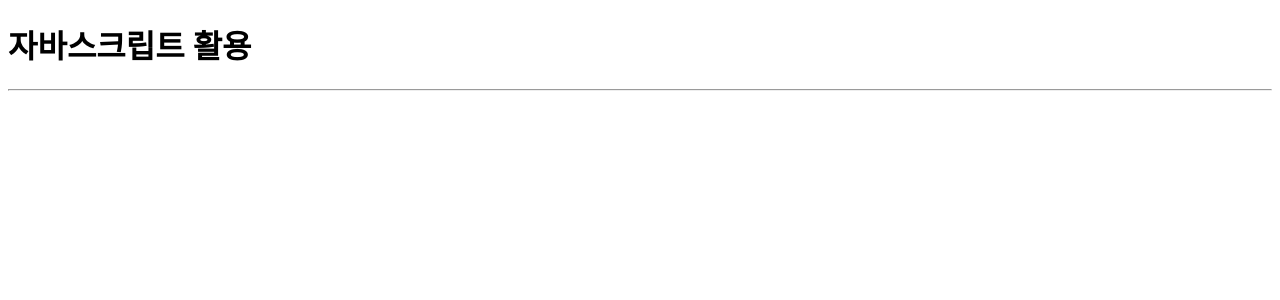
Repository: lolsoyeon/WebStudy
Page: WebApp03/WebContent/Test021.html
These files come from the project's save history. The page is drawn as it stood at one moment and after the next save; the edit follows.
The browser window is 1280 px wide. The pictures show the whole page.

Above is the page before, as saved 2022-09-30 06:33:46.

After the next save:
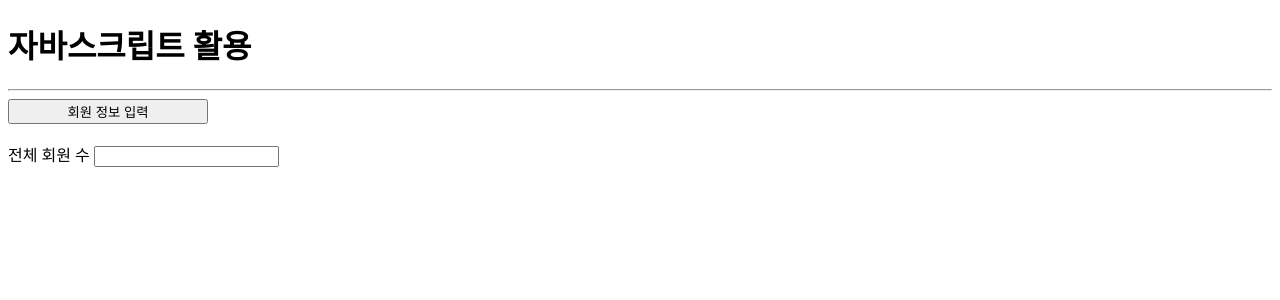
Saved 14 s later.
--- a/WebApp03/WebContent/Test021.html
+++ b/WebApp03/WebContent/Test021.html
@@ -38,6 +38,18 @@
 	------------------------------------------------
  -->
 
+ <div>
+	<form>
+
+			<input type="button" value="회원 정보 입력" class="btn"
+			style="width: 200px;">
+			<br><br>
+
+			전체 회원 수
+			<input type="text">
+	</form>
+ </div>
+
 
 </body>
 </html>
